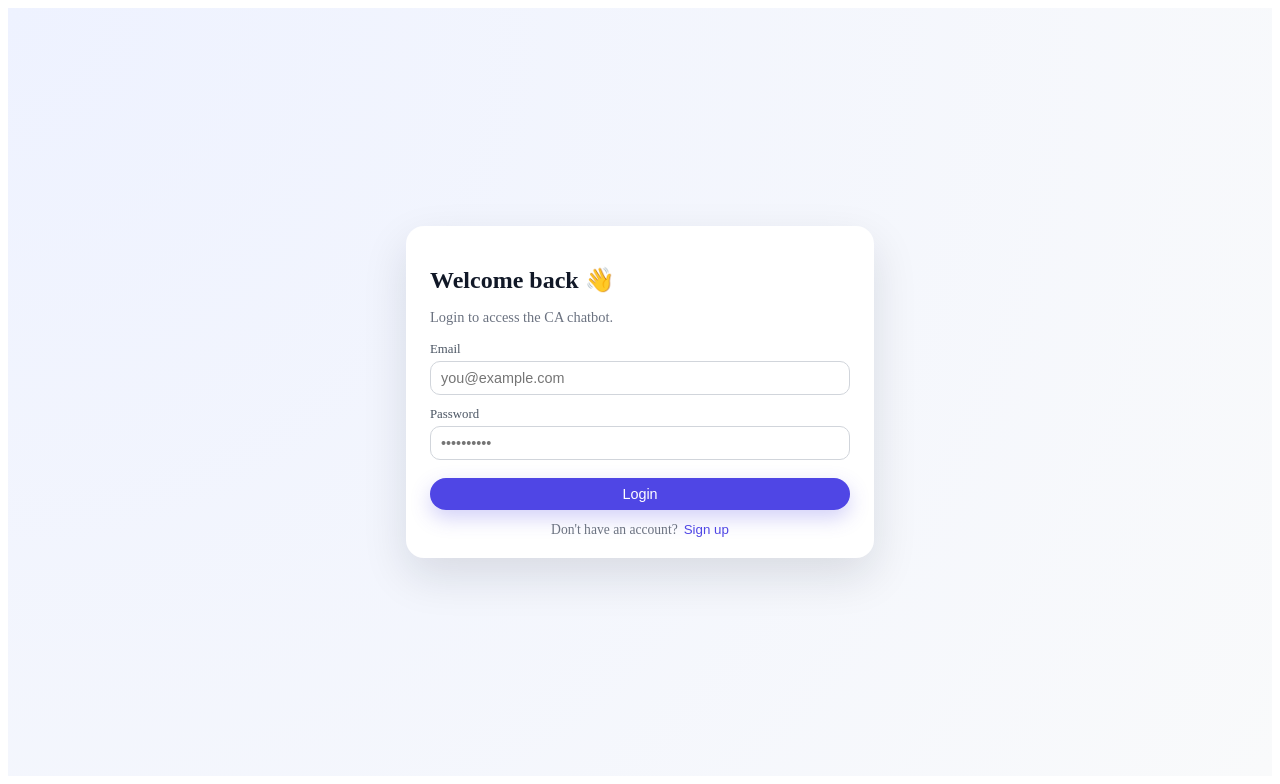
Repository: aashita822-byte/ca-chatbot
Page: / (app in frontend/)
These files come from the project's save history. The page is drawn as it stood at one moment and after the next save; the edit follows.
The browser window is 1280 px wide. The pictures show the whole page.
The page's requests for data from a server got no answer. The project was rebuilt for these pictures with package versions that can differ from the ones it lists, and the page was loaded fresh each time. No one was signed in, and anything a server would have sent is missing. Also part of the build but not shown: frontend/vite.config.ts, frontend/src/Chat.tsx, frontend/src/AdminPanel.tsx.

Above is the page before, as saved 2025-12-12 00:15:51.

After the next save:
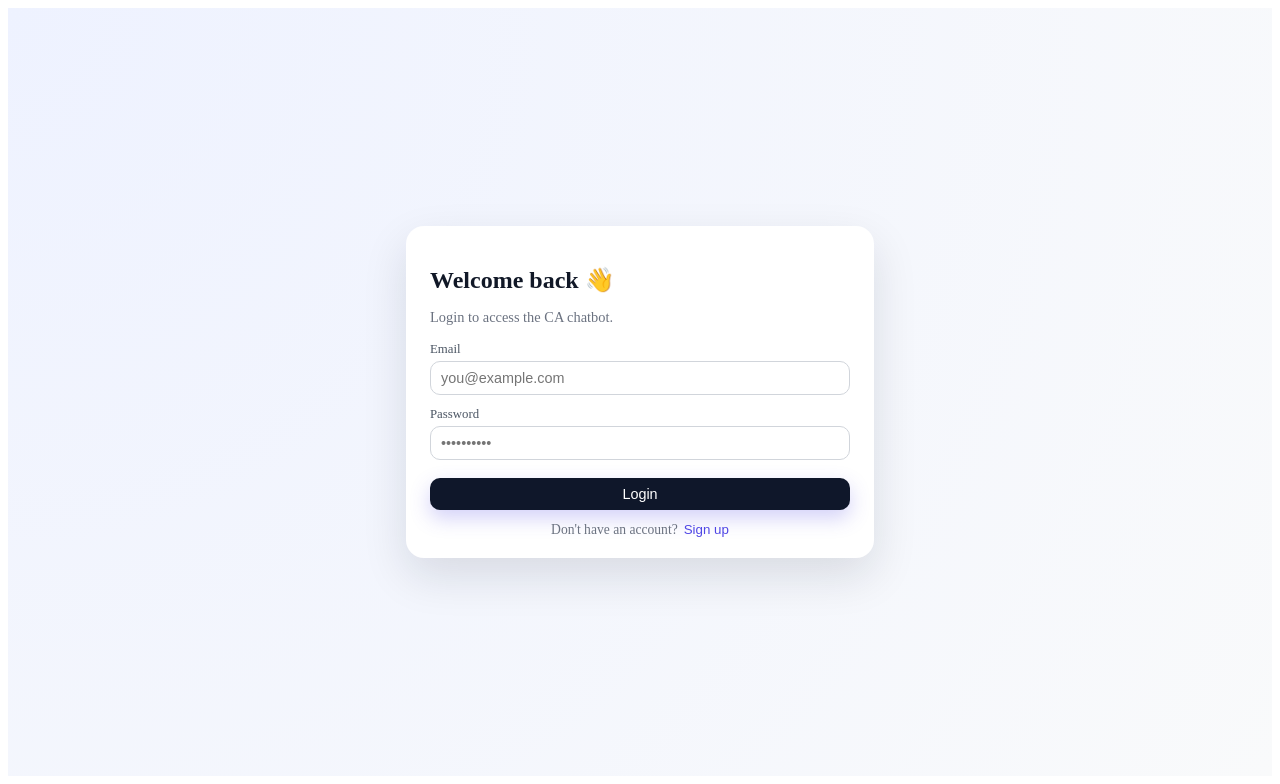
Saved 14 h 8 min later.
--- a/frontend/src/App.css
+++ b/frontend/src/App.css
@@ -708,3 +708,143 @@
 .chat-source-meta-item::before {
   content: "• ";
 }
+/* Add to src/App.css */
+
+/* Load Inter-like fallback if you have it. Otherwise system fonts used inline. */
+.chat-card {
+  max-width: 920px;
+  margin: 20px auto;
+  border-radius: 14px;
+  background: linear-gradient(180deg, #ffffff 0%, #fbfbfe 100%);
+  box-shadow: 0 6px 28px rgba(21, 32, 60, 0.08);
+  overflow: hidden;
+  display: flex;
+  flex-direction: column;
+  border: 1px solid rgba(17, 24, 39, 0.04);
+}
+
+/* Header */
+.chat-card-header {
+  display: flex;
+  justify-content: space-between;
+  align-items: center;
+  padding: 18px 20px;
+  gap: 12px;
+}
+.header-left { flex: 1; }
+.header-right { display: flex; align-items: center; gap: 12px; }
+
+.chat-title {
+  margin: 0;
+  font-size: 20px;
+  font-weight: 700;
+  color: #0f172a;
+}
+.chat-subtitle {
+  margin: 4px 0 0;
+  color: #475569;
+  font-size: 13px;
+}
+
+/* Exam badge */
+.exam-badge {
+  background: #0ea5a4;
+  color: white;
+  padding: 6px 10px;
+  border-radius: 999px;
+  font-weight: 600;
+  font-size: 13px;
+}
+
+/* Suggested chips */
+.suggested-chips {
+  padding: 8px 18px;
+  display: flex;
+  gap: 8px;
+  flex-wrap: wrap;
+  background: rgba(15,23,42,0.02);
+  border-bottom: 1px solid rgba(15,23,42,0.03);
+}
+.chip {
+  background: white;
+  border: 1px solid rgba(2,6,23,0.06);
+  padding: 6px 10px;
+  border-radius: 999px;
+  font-size: 13px;
+  cursor: pointer;
+  transition: transform .08s ease, box-shadow .08s;
+}
+.chip:hover { transform: translateY(-2px); box-shadow: 0 6px 18px rgba(15,23,42,0.06); }
+
+/* Messages area */
+.chat-messages {
+  padding: 18px;
+  display: flex;
+  flex-direction: column;
+  gap: 12px;
+  min-height: 360px;
+  max-height: 64vh;
+  overflow: auto;
+}
+
+/* Empty state */
+.chat-empty { text-align: center; color: #475569; }
+.empty-title { font-weight: 600; margin-bottom: 6px; }
+
+/* Bubbles */
+.chat-bubble-row { display: flex; gap: 12px; align-items: flex-start; }
+.chat-bubble-row-user { justify-content: flex-end; }
+.chat-bubble-row-assistant { justify-content: flex-start; }
+
+.chat-bubble {
+  max-width: 78%;
+  padding: 12px 14px;
+  border-radius: 12px;
+  position: relative;
+  box-shadow: 0 4px 14px rgba(2,6,23,0.04);
+}
+.chat-bubble-user {
+  background: linear-gradient(90deg,#eef2ff,#eef7ff);
+  border: 1px solid rgba(99,102,241,0.06);
+  text-align: right;
+}
+.chat-bubble-assistant {
+  background: white;
+  border: 1px solid rgba(2,6,23,0.04);
+}
+
+/* Role & time */
+.chat-bubble-role { font-weight: 700; font-size: 13px; color: #0f172a; margin-bottom: 8px; }
+.chat-bubble-content { font-size: 15px; color: #0f172a; white-space: pre-wrap; line-height: 1.45; }
+.chat-bubble-time { font-size: 12px; color: #94a3b8; margin-top: 8px; }
+
+/* Avatars */
+.chat-avatar-video { width: 44px; height: 44px; border-radius: 10px; background: linear-gradient(180deg,#eef2ff,#f8fafc); display:flex; align-items:center; justify-content:center; }
+.chat-avatar-wave { width: 28px; height: 28px; border-radius: 6px; background: linear-gradient(90deg,#c7d2fe,#a7f3d0); }
+
+/* Dialogue lines (User A / B) */
+.dialogue-block { display:flex; flex-direction:column; gap:6px; }
+.dialogue-line { padding: 8px 12px; border-radius: 10px; font-size: 14px; line-height: 1.3; }
+.dialogue-line-a { background: linear-gradient(90deg,#eef2ff,#f0f9ff); align-self:flex-start; }
+.dialogue-line-b { background: linear-gradient(90deg,#fff7ed,#fff1f2); align-self:flex-end; }
+.dialogue-line-neutral { background: rgba(15,23,42,0.03); align-self:flex-start; }
+.dialogue-speaker { font-weight: 700; margin-right:6px; color:#0f172a; }
+
+/* Inputs & footer */
+.chat-input-bar { display:flex; gap:8px; padding: 14px; border-top: 1px solid rgba(2,6,23,0.03); align-items:center; background: #fff; }
+.chat-input { flex:1; padding: 12px 14px; border-radius: 10px; border: 1px solid rgba(2,6,23,0.06); font-size: 15px; }
+.btn { padding: 8px 12px; border-radius: 10px; cursor: pointer; }
+.btn-primary { background: #0f172a; color: white; border: none; }
+.btn-ghost { background: transparent; border: 1px solid rgba(2,6,23,0.06); }
+
+/* Message actions */
+.chat-bubble-footer { display:flex; justify-content:space-between; align-items:center; margin-top:8px; gap:8px; }
+.message-actions { display:flex; gap:8px; }
+.action-btn { background: rgba(15,23,42,0.03); border: none; padding: 6px 8px; border-radius: 8px; cursor:pointer; font-size:13px; }
+
+.chat-sources { margin-top: 10px; background: #fbfbfe; padding: 10px; border-radius: 8px; border: 1px solid rgba(2,6,23,0.03); }
+.chat-sources-title { font-weight: 700; margin-bottom: 6px; }
+.chat-sources-list { list-style: none; padding-left: 0; margin: 0; display:flex; flex-direction:column; gap:8px; }
+.chat-source-item { padding: 8px; border-radius: 8px; background: white; border: 1px solid rgba(2,6,23,0.03); }
+.chat-source-title { font-weight: 700; font-size: 13px; }
+.chat-source-meta { margin-top: 6px; color: #475569; font-size: 12px; display:flex; gap:8px; flex-wrap:wrap; }
